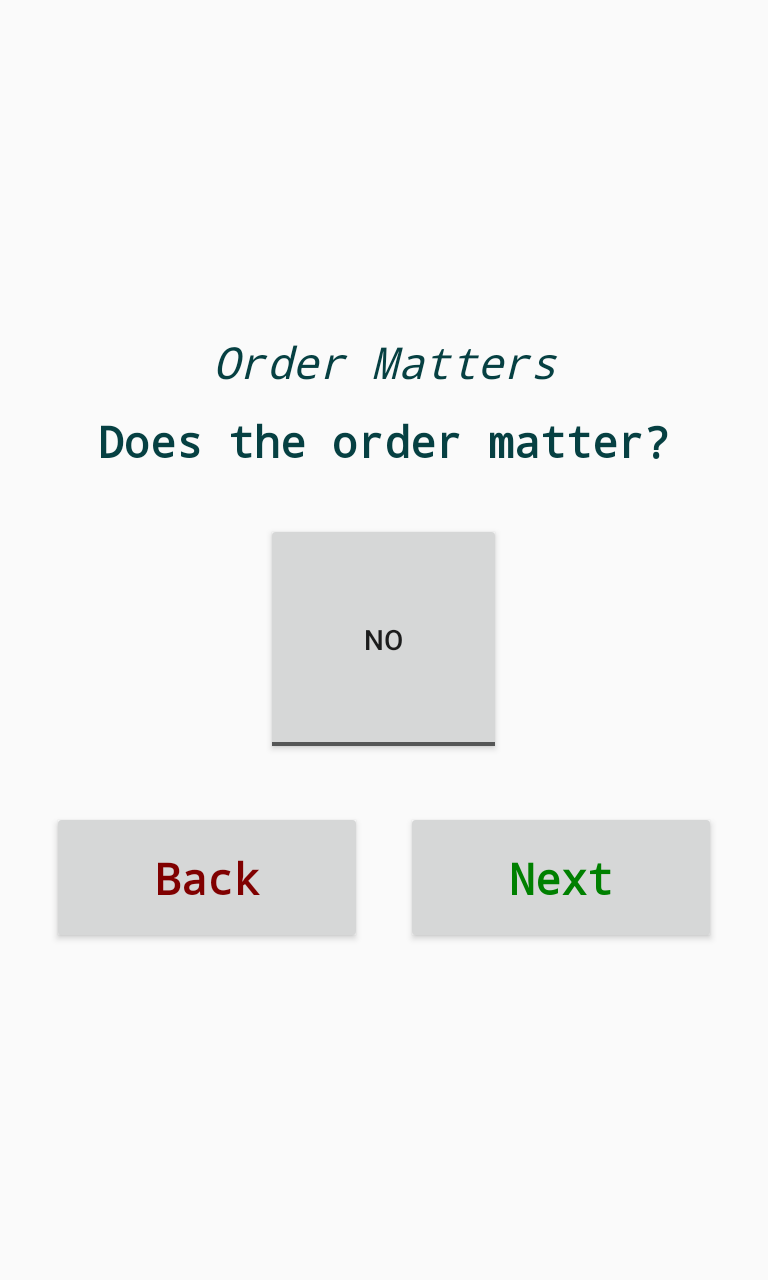
Repository: rontejada1991/Combinations-and-Permutations-Android-App
Layout: combinations/res/layout/activity_order.xml
The author's editor kept a copy of each file at every save. The layout is drawn from the files as they stood at one save, then again after the next save.
It is drawn on a 768 x 1280 px phone screen (xhdpi) without system bars, with theme AppTheme; the app's code is not run.

Above is the layout before, as saved 2014-11-07 21:10:23.

After the next save:
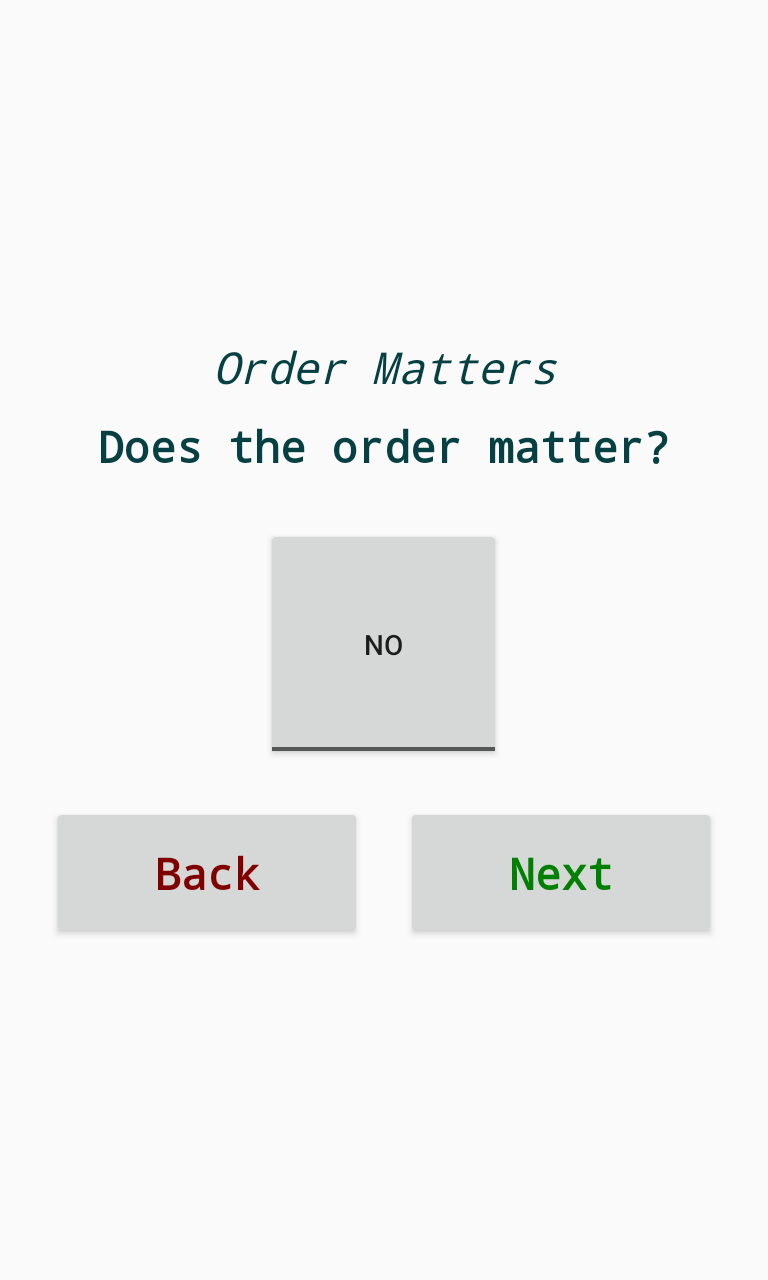
Saved 8 s later.
--- a/combinations/res/layout/activity_order.xml
+++ b/combinations/res/layout/activity_order.xml
@@ -28,7 +28,7 @@
 		    android:textOn="Yes"
 		    android:textOff="No"
 		    android:padding="50dp"
-		    android:layout_marginBottom="25dp" />
+		    android:layout_marginBottom="20dp" />
 
 	<LinearLayout
 	    android:layout_width="fill_parent"
